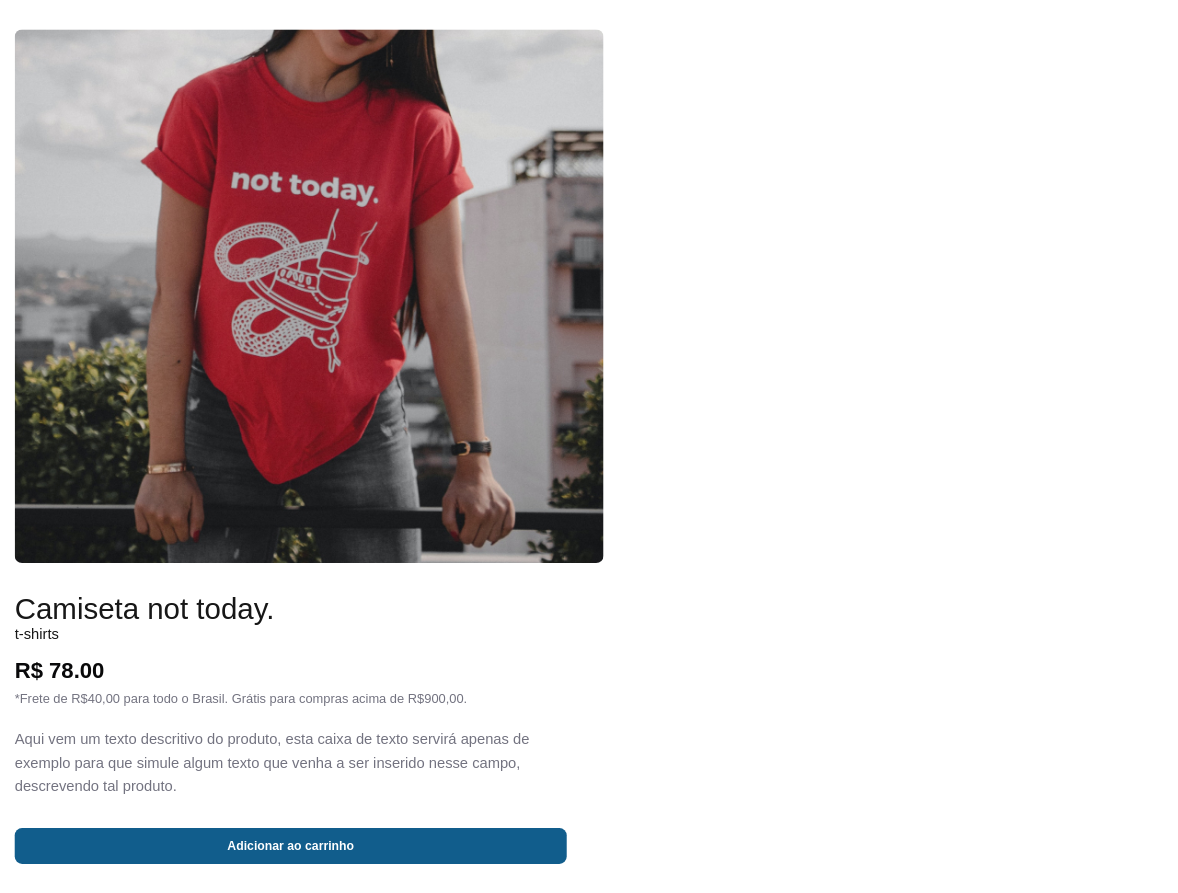
Repository: Biel-barbosa/capputeenoecomerce
Page: /product/1
An editor plug-in stored every save of this project. The page is shown before and after the next save, followed by the edit.
The browser window is 1280 px wide. The pictures show the whole page, at 92% of full size.
The project was rebuilt for these pictures with package versions that can differ from the ones it lists, and the page was loaded fresh each time. The framework's server and built-in components were replaced by stand-ins that run in the browser. Also part of the build but not shown: next.config.ts.

Above is the page before, as saved 2025-04-23 12:46:50.

### src/app/layout.tsx
import type { Metadata } from "next";
import { Geist, Geist_Mono } from "next/font/google";
import "./globals.css";


const geistSans = Geist({
  variable: "--font-geist-sans",
  subsets: ["latin"],
});

const geistMono = Geist_Mono({
  variable: "--font-geist-mono",
  subsets: ["latin"],
});

export const metadata: Metadata = {
  title: "Create Next App",
  description: "Generated by create next app",
};

export default function RootLayout({
  children,
}: Readonly<{
  children: React.ReactNode;
}>) {
  return (
    <html lang="en">
      <body className={`${geistSans.variable} ${geistMono.variable}`}>
        {children}
      </body>
    </html>
  );
}

### src/app/product/[id]/page.tsx
'use client';

import { useParams } from 'next/navigation';
import styled from 'styled-components';
import { products, Product } from '@/data/products';

const Container = styled.div`
  max-width: 1440px;
  margin: 2rem auto;
  padding: 0 1rem;
  display: flex;
  gap: 2rem;
  flex-wrap: wrap;
`;

const Image = styled.img`
  width: 640px;
  max-width: 100%;
  object-fit: cover;
  border-radius: 8px;
  background: #f3f3f3;
`;

const Info = styled.div`
  display: flex;
  flex-direction: column;
  justify-content: flex-start;
  max-width: 600px;
`;

const Title = styled.h1`
  font-size: 2rem;
  font-weight: 500;
`;

const Description = styled.p`
  margin-top: 1.5rem;
  color: #737380;
  line-height: 1.6;
`;

const Price = styled.strong`
  font-size: 1.5rem;
  color: #09090a;
  margin-top: 1rem;
`;

const Freight = styled.span`
  margin-top: 0.5rem;
  font-size: 0.875rem;
  color: #737380;
`;

const Button = styled.button`
  margin-top: 2rem;
  padding: 0.75rem 1rem;
  background-color: #115d8c;
  color: white;
  font-weight: bold;
  border: none;
  border-radius: 8px;
  cursor: pointer;
  transition: background 0.2s ease;

  &:hover {
    background-color: #0d4c74;
  }
`;

export default function ProductDetailPage() {
    const params = useParams();
    const id = typeof params.id === 'string' ? params.id : '';
    const product = products.find((p: Product) => p.id === id);

    if (!product) return <div>Produto não encontrado.</div>;

    const handleAddToCart = () => {
        const cart = JSON.parse(localStorage.getItem('cart') || '[]');
        const updatedCart = [...cart, product];
        localStorage.setItem('cart', JSON.stringify(updatedCart));
        alert('Produto adicionado ao carrinho!');
    };

    return (
        <Container>
            <Image src={product.image} alt={product.title} />
            <Info>
                <Title>{product.title}</Title>
                <span>{product.category}</span>
                <Price>R$ {product.price.toFixed(2)}</Price>
                <Freight>
                    *Frete de R$40,00 para todo o Brasil. Grátis para compras acima de R$900,00.
                </Freight>
                <Description>
                    Aqui vem um texto descritivo do produto, esta caixa de texto servirá apenas de exemplo
                    para que simule algum texto que venha a ser inserido nesse campo, descrevendo tal produto.
                </Description>
                <Button onClick={handleAddToCart}>
                    Adicionar ao carrinho
                </Button>
            </Info>
        </Container>
    );
}

### src/data/products.ts
export type Product = {
    id: string;
    title: string;
    image: string;
    price: number;
    category: 't-shirts' | 'mugs';
    description: string;
    createdAt: Date;
    sales: number;
};

export const products: Product[] = [
    {
        id: '1',
        title: 'Camiseta not today.',
        image: '/images/Camiseta-not-today.jpg',
        price: 78.0,
        category: 't-shirts',
        description: 'Aqui vem um texto descritivo do produto, esta caixa de texto servirá apenas de exemplo para que simule algum texto que venha a ser inserido nesse campo, descrevendo tal produto.',
        createdAt: new Date('2024-03-01'),
        sales: 30,
    },
    {
        id: '2',
        title: 'Caneca rústica',
        image: '/images/Caneca-ceramica-rustica.jpg',
        price: 40.0,
        category: 'mugs',
        description: 'Aqui vem um texto descritivo do produto, esta caixa de texto servirá apenas de exemplo para que simule algum texto que venha a ser inserido nesse campo, descrevendo tal produto.',
        createdAt: new Date('2024-04-10'),
        sales: 80,
    },
    {
        id: '3',
        title: 'Camiseta Broken Saints',
        image: '/images/Camiseta-broken-saints.jpg',
        price: 58.0,
        category: 't-shirts',
        description: 'Aqui vem um texto descritivo do produto, esta caixa de texto servirá apenas de exemplo para que simule algum texto que venha a ser inserido nesse campo, descrevendo tal produto.',
        createdAt: new Date('2024-01-15'),
        sales: 45,
    },
    {
        id: '4',
        title: 'Caneca Black Ring',
        image: '/images/Caneca-Black-Ring.jpg',
        price: 32.0,
        category: 'mugs',
        description: 'Aqui vem um texto descritivo do produto, esta caixa de texto servirá apenas de exemplo para que simule algum texto que venha a ser inserido nesse campo, descrevendo tal produto.',
        createdAt: new Date('2024-02-20'),
        sales: 60,
    },
    {
        id: '5',
        title: 'Camiseta Outcast',
        image: '/images/Camiseta-outcast.jpg',
        price: 89.9,
        category: 't-shirts',
        description: 'Aqui vem um texto descritivo do produto, esta caixa de texto servirá apenas de exemplo para que simule algum texto que venha a ser inserido nesse campo, descrevendo tal produto.',
        createdAt: new Date('2024-04-05'),
        sales: 50,
    },
    {
        id: '6',
        title: 'Caneca The Grounds',
        image: '/images/Caneca-The-Grounds.jpg',
        price: 85.0,
        category: 'mugs',
        description: 'Aqui vem um texto descritivo do produto, esta caixa de texto servirá apenas de exemplo para que simule algum texto que venha a ser inserido nesse campo, descrevendo tal produto.',
        createdAt: new Date('2024-03-10'),
        sales: 75,
    },
    {
        id: '7',
        title: 'Camiseta evening',
        image: '/images/Camiseta-evening.jpg',
        price: 69.9,
        category: 't-shirts',
        description: 'Aqui vem um texto descritivo do produto, esta caixa de texto servirá apenas de exemplo para que simule algum texto que venha a ser inserido nesse campo, descrevendo tal produto.',
        createdAt: new Date('2024-03-11'),
        sales: 62,
    },
    {
        id: '8',
        title: 'Caneca preto fosco',
        image: '/images/Caneca-preto-fosco.jpg',
        price: 28.0,
        category: 'mugs',
        description: 'Aqui vem um texto descritivo do produto, esta caixa de texto servirá apenas de exemplo para que simule algum texto que venha a ser inserido nesse campo, descrevendo tal produto.',
        createdAt: new Date('2024-03-12'),
        sales: 58,
    },
    {
        id: '9',
        title: 'Caneca Never settle',
        image: '/images/Caneca-Never-settle.jpg',
        price: 43.0,
        category: 'mugs',
        description: 'Aqui vem um texto descritivo do produto, esta caixa de texto servirá apenas de exemplo para que simule algum texto que venha a ser inserido nesse campo, descrevendo tal produto.',
        createdAt: new Date('2024-03-13'),
        sales: 54,
    },
    {
        id: '10',
        title: 'Caneca Rocketseat',
        image: '/images/Caneca-Decaf!-P&Co.jpg',
        price: 59.9,
        category: 'mugs',
        description: 'Aqui vem um texto descritivo do produto, esta caixa de texto servirá apenas de exemplo para que simule algum texto que venha a ser inserido nesse campo, descrevendo tal produto.',
        createdAt: new Date('2024-03-14'),
        sales: 48,
    },
    {
        id: '11',
        title: 'Camiseta DREAMER',
        image: '/images/Camiseta-DREAMER.jpg',
        price: 55.0,
        category: 't-shirts',
        description: 'Aqui vem um texto descritivo do produto, esta caixa de texto servirá apenas de exemplo para que simule algum texto que venha a ser inserido nesse campo, descrevendo tal produto.',
        createdAt: new Date('2024-03-15'),
        sales: 52,
    },
    {
        id: '12',
        title: 'Caneca Decaf! P&Co',
        image: '/images/Caneca-Decaf!-P&Co.jpg',
        price: 32.0,
        category: 'mugs',
        description: 'Aqui vem um texto descritivo do produto, esta caixa de texto servirá apenas de exemplo para que simule algum texto que venha a ser inserido nesse campo, descrevendo tal produto.',
        createdAt: new Date('2024-03-16'),
        sales: 70,
    },
    {
        id: '13',
        title: 'Camiseta javaScript',
        image: '/images/Camiseta-not-today.jpg',
        price: 13.0,
        category: 't-shirts',
        description: 'Aqui vem um texto descritivo do produto, esta caixa de texto servirá apenas de exemplo para que simule algum texto que venha a ser inserido nesse campo, descrevendo tal produto.',
        createdAt: new Date('2024-03-16'),
        sales: 70,
    },
    {
        id: '14',
        title: 'Caneca phyton',
        image: '/images/Caneca-Black-Ring.jpg',
        price: 22.0,
        category: 'mugs',
        description: 'Aqui vem um texto descritivo do produto, esta caixa de texto servirá apenas de exemplo para que simule algum texto que venha a ser inserido nesse campo, descrevendo tal produto.',
        createdAt: new Date('2024-03-16'),
        sales: 70,
    },
];

export function getProductById(id: string) {
    return products.find((product) => product.id === id);
}

### src/components/Header.tsx
'use client';
import styled from 'styled-components';
import { FiShoppingBag } from 'react-icons/fi';

type HeaderProps = {
  onSearch?: (value: string) => void;
};

const HeaderContainer = styled.header`
  width: 100%;
  padding: 1.5rem 14rem;
  display: flex;
  align-items: center;
  justify-content: space-between;
  background-color: #f5f5fa;
  flex-wrap: wrap;
  gap: 1rem;
`;

const Logo = styled.h1`
  font-size: 1.5rem;
  font-weight: 600;
  color: #5d5d6d;
`;

const SearchInput = styled.input`
  flex: 1;
  max-width: 400px;
  margin: 0 2rem;
  padding: 0.75rem 1rem;
  border: none;
  border-radius: 8px;
  background: #e9e9f0;
  font-size: 1rem;
  color: #737380;

  &:focus {
    outline: 2px solid #115d8c;
  }

  @media (max-width: 768px) {
    margin: 0;
    width: 100%;
    order: 3;
  }
`;

const CartButton = styled.button`
  position: relative;
  background: none;
  border: none;
  cursor: pointer;

  svg {
    font-size: 1.75rem;
    color: #5d5d6d;
  }
`;

const CartCount = styled.span`
  position: absolute;
  top: -8px;
  right: -8px;
  background-color: #de3838;
  color: white;
  border-radius: 50%;
  font-size: 0.75rem;
  padding: 0.25rem 0.5rem;
  line-height: 1;
`;

const Header = ({ onSearch }: HeaderProps) => {
  const cartItemCount = 3; // Trocar por dados reais depois

  return (
    <HeaderContainer>
      <Logo>capputeeno</Logo>

      <SearchInput
        type="text"
        placeholder="Procurando por algo específico?"
        onChange={(e) => onSearch?.(e.target.value)}
      />

      <CartButton>
        <FiShoppingBag />
        <CartCount>{cartItemCount}</CartCount>
      </CartButton>
    </HeaderContainer>
  );
};

export default Header;

Loaded but not shown: src/app/globals.css (common file)

After the next save:
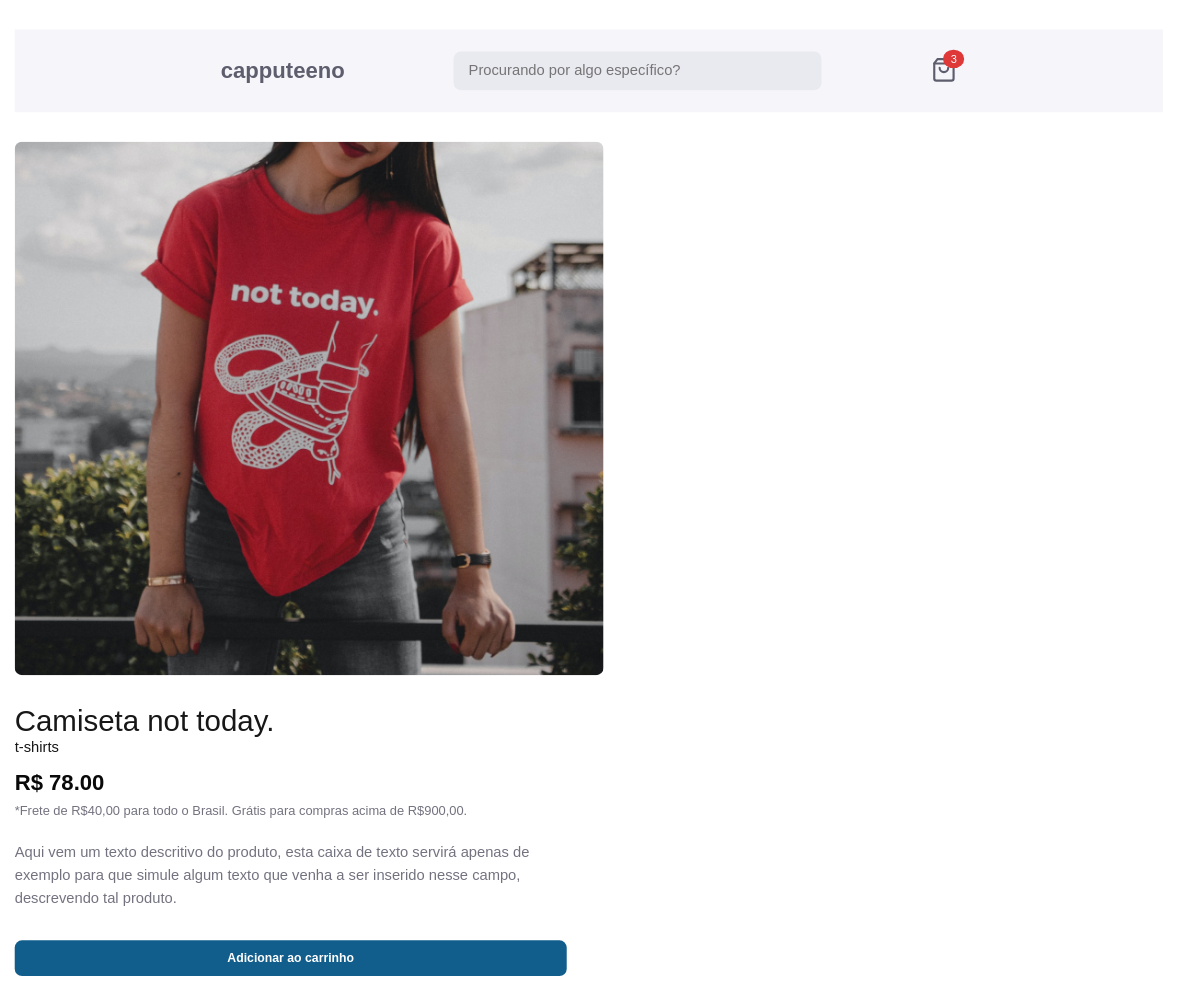
Saved 4 min 15 s later.
--- a/src/app/product/[id]/page.tsx
+++ b/src/app/product/[id]/page.tsx
@@ -3,6 +3,7 @@
 import { useParams } from 'next/navigation';
 import styled from 'styled-components';
 import { products, Product } from '@/data/products';
+import Header from '@/components/Header'
 
 const Container = styled.div`
   max-width: 1440px;
@@ -83,6 +84,7 @@ export default function ProductDetailPage() {
 
     return (
         <Container>
+            <Header/>
             <Image src={product.image} alt={product.title} />
             <Info>
                 <Title>{product.title}</Title>
